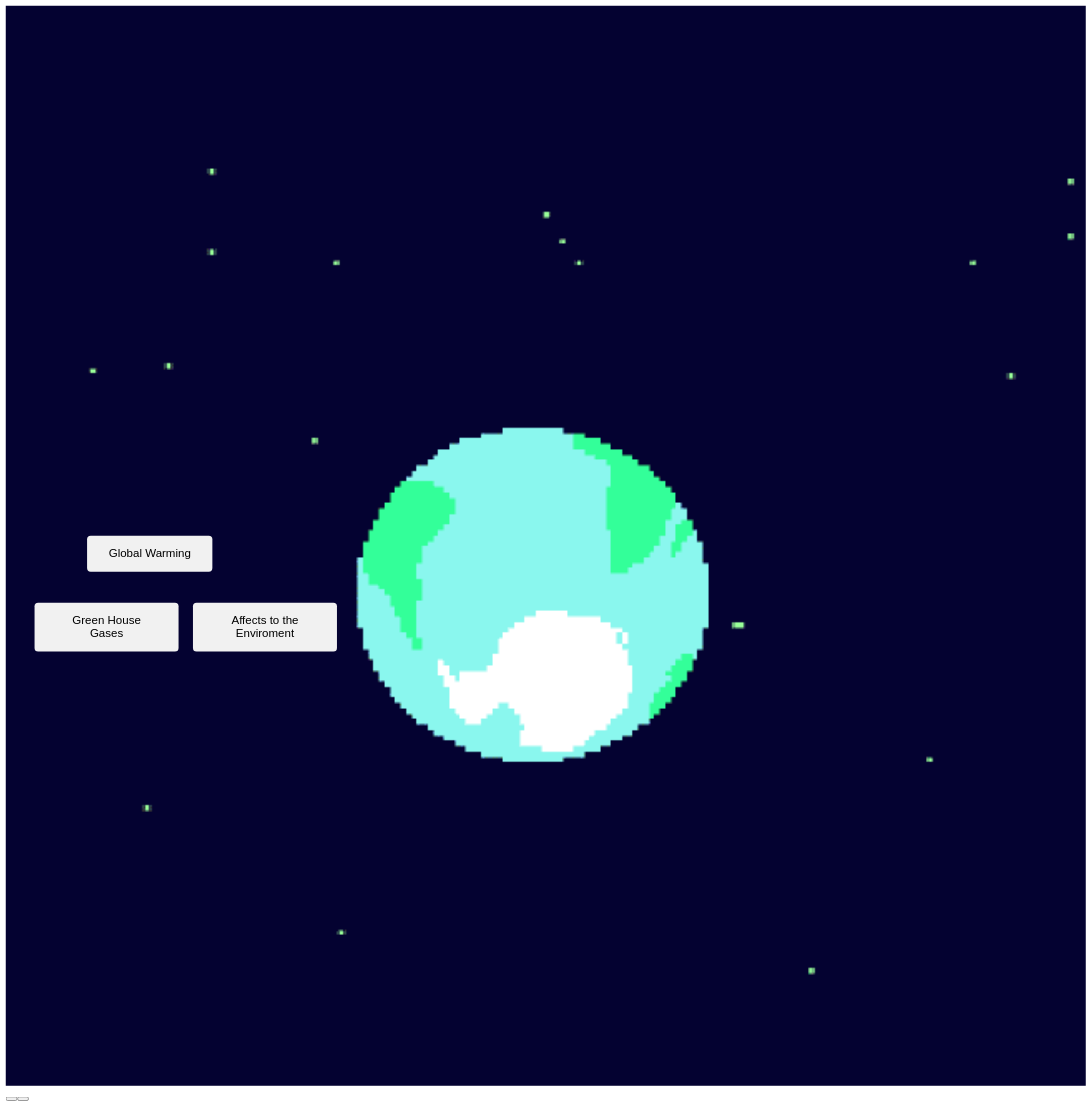
Repository: Alejandra-Pelayo/Alejandra-Pelayo.github.io
Page: 2.1.4/button_example.html
The author's editor kept a record of every edit. The page is drawn from the files as they stood at one moment, then again after the next edit.
The browser window is 1280 px wide. The page is 1508 px wide, so the pictures cover 1508 px, including what lies to the right of the window. The pictures show the whole page, at 72% of full size.

Above is the page before.

### 2.1.4/button_example.html
<!DOCTYPE html>
<html>
<head>
<style>
.container {
  position: relative;
  width: 100%;
  max-width: 400px;
}

.container img {
  width: 100%;
  height: auto;
}

.container .btn {
  position: absolute;
  top: 50%;
  left: 50%;
  transform: translate(-20%, -20%);
  -ms-transform: translate(-20%, -20%);
  background-color: #f1f1f1;
  color: black;
  font-size: 16px;
  padding: 16px 30px;
  border: none;
  cursor: pointer;
  border-radius: 5px;
  text-align: center;
}

.container .btn:hover {
  background-color: black;
  color: white;
}







.container .btn2 {
  position: absolute;
  top: 50%;
  left: 50%;
  transform: translate(-80%, 100%);
  -ms-transform: translate(-80%, -80%);
  background-color: #f1f1f1;
  color: black;
  font-size: 16px;
  padding: 16px 30px;
  border: none;
  cursor: pointer;
  border-radius: 5px;
  text-align: center;
}




.container .btn3 {
  position: absolute;
  top: 50%;
  left: 50%;
  transform: translate(30%, 100%);
  -ms-transform: translate(-80%, -80%);
  background-color: #f1f1f1;
  color: black;
  font-size: 16px;
  padding: 16px 30px;
  border: none;
  cursor: pointer;
  border-radius: 5px;
  text-align: center;
}






</style>
</head>
<body>



<link href="button.css" rel="stylesheet" type="text/css">
<div class="container">
  <img src="world_gif.gif" alt="Computer Man" style="width:1500px;height 768px;">
  <button class="btn"> Global Warming<Button</button>
  <button class ="btn2"> Green House Gases <Button/button>
  <button class ="btn3"> Affects to the Enviroment <Button/button>

</div>

</body>
</html>

### button.css
.container {
  position: relative;
  width: 100%;
  max-width: 400px;
}

.container img {
  width: 100%;
  height: auto;
}

.container .btn {
  position: absolute;
  top: 50%;
  left: 50%;
  transform: translate(-50%, -50%);
  -ms-transform: translate(-50%, -50%);
  background-color: #f1f1f1;
  color: black;
  font-size: 16px;
  padding: 16px 30px;
  border: none;
  cursor: pointer;
  border-radius: 5px;
  text-align: center;
}

.container .btn:hover {
  background-color: black;
  color: white;
}






.container {
  position: relative;
  width: 100%;
  max-width: 400px;
}

.container img {
  width: 100%;
  height: auto;
}

.container .button {
  position: absolute;
  top: 50%;
  left: 50%;
  transform: translate(-40%, -40%);
  -ms-transform: translate(-40%, -40%);
  background-color: #f1f1f1;
  color: black;
  font-size: 16px;
  padding: 16px 30px;
  border: none;
  cursor: pointer;
  border-radius: 5px;
  text-align: center;
}

.container .button:hover {
  background-color: black;
  color: white;
}






.bg {
  background-image: url("world_gif.gif");


  height: 100%;


  background-position: center;
  background-repeat: no-repeat;
  background-size: cover;
}

img.bg {
  /* Set rules to fill background */
  min-height: 100%;
  min-width: 1024px;

  /* Set up proportionate scaling */
  width: 100%;
  height: auto;

  /* Set up positioning */
  position: fixed;
  top: 0;
  left: 0;
}

@media screen and (max-width: 1024px) { /* Specific to this particular image */
  img.bg {
    left: 50%;
    margin-left: -512px;   /* 50% */
  }
}

After the next edit:
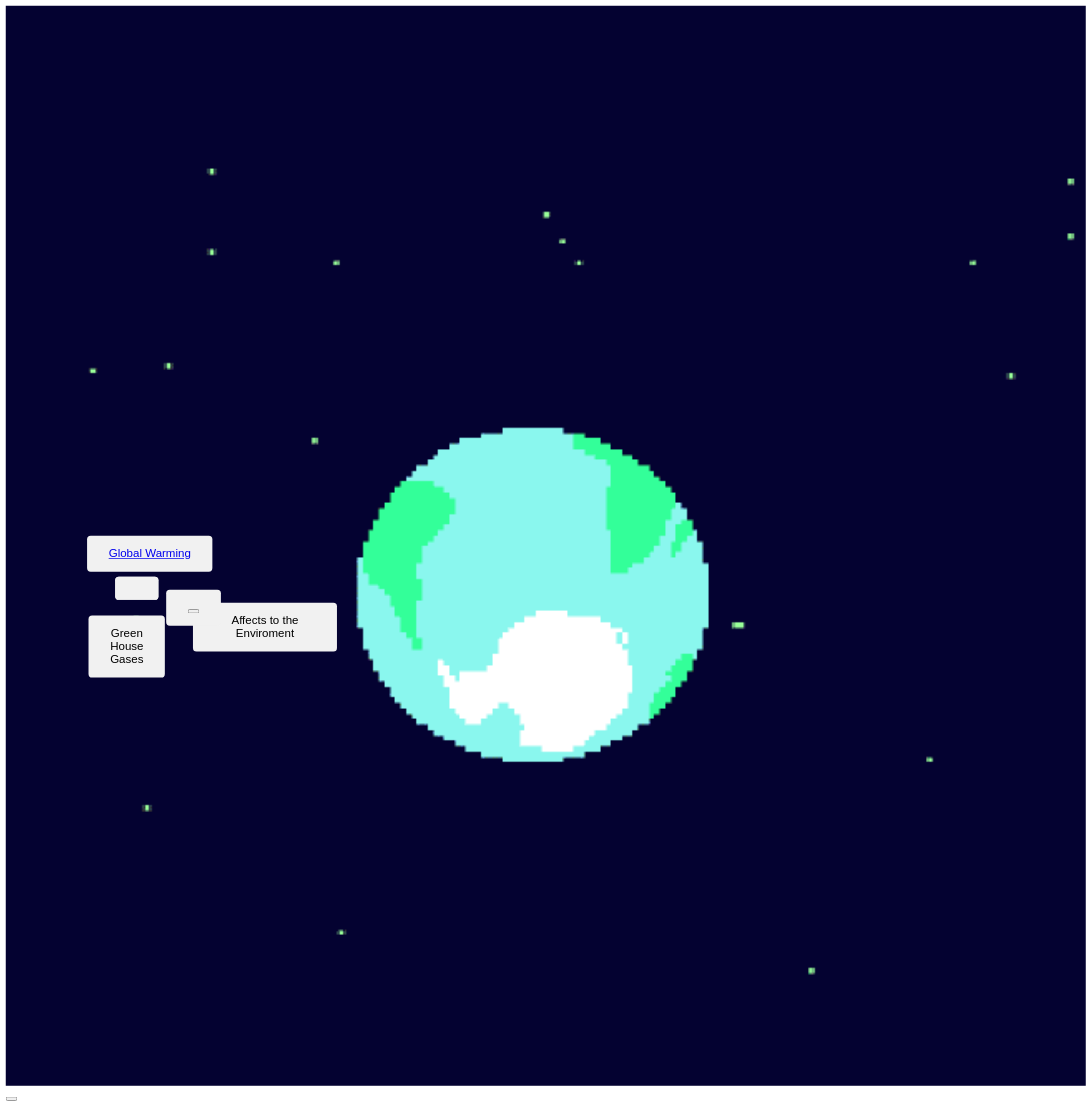
The edit:
--- a/2.1.4/button_example.html
+++ b/2.1.4/button_example.html
@@ -89,8 +89,11 @@
 <link href="button.css" rel="stylesheet" type="text/css">
 <div class="container">
   <img src="world_gif.gif" alt="Computer Man" style="width:1500px;height 768px;">
+<a href="Enviromental.html">
   <button class="btn"> Global Warming<Button</button>
+<a fred = ""
   <button class ="btn2"> Green House Gases <Button/button>
+<a ghkj = ""
   <button class ="btn3"> Affects to the Enviroment <Button/button>
 
 </div>
